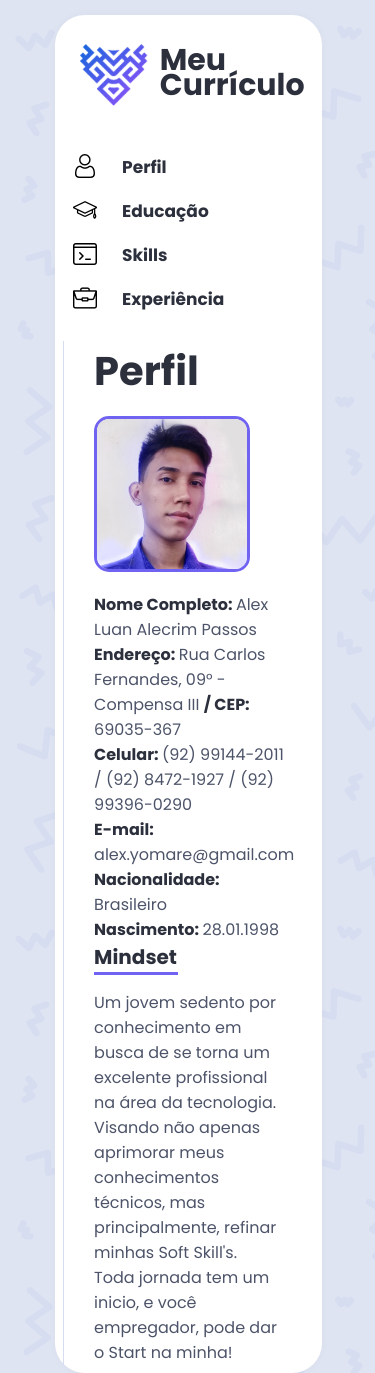
Repository: 4lex-passos/MeuPrimeiroSite
Page: index.html
These files come from the project's save history. The page is drawn as it stood at one moment and after the next save; the edit follows.
The browser window is 375 px wide. The pictures show the whole page.

Above is the page before, as saved 2020-10-02 02:02:35.

### index.html
<!DOCTYPE html>

<html>
  <head lang="pt-br">
    <meta charset="UTF-8">
    <meta name="viewport" content="width=device-width, initial-scale=1.0">
    <link rel="stylesheet" href="css/style.css">
    <link rel="shortcut icon" type="image/png" href="imagens/Owl.png">
    <title>Meu Currículo</title>
  </head>

  <body>
    <div class="conteiner">
      <div class="box">

        <aside class="naveg">
          <header class="logo">
            <img src="imagens/Owl.png"
                 alt="Foto de perfil">
            <h1>Meu<br>Currículo</h1>
          </header>
          <main>
            <nav>
              <ul>
                <li>
                  <img src="imagens/perfil-icon.png">
                  <a href="index.html" class="icon">Perfil</a>
                </li>
                <li>
                  <img src="imagens/education-icon.png">
                  <a href="educacao.html" class="icon">Educação</a>
                </li>
                <li>
                  <img src="imagens/skills-icon.png">
                  <a href="skills.html" class="icon">Skills</a>
                </li>
                <li>
                  <img src="imagens/experiencia-icon.png">
                  <a href="experiencia.html" class="icon">Experiência</a>
                </li>
              </ul>
            </nav>
          </main>
        </aside>

        <aside class="feed">
          <main>
            <h1>Perfil</h1>
            <div class="painel">
              <img  src="imagens/perfil.png"
                    id="myImg"
                    onclick="myFunction()"
                    onmouseout="myFunction2()">
              <div class="info-box">
                <h2>Nome Completo: <span class="info">Alex Luan Alecrim Passos</span></h2>
                <h2>Endereço: <span class="info">Rua Carlos Fernandes, 09° - Compensa III </span>/ CEP: <span class="info">69035-367</span></h2>
                <h2>Celular: <span class="info">(92) 99144-2011 / (92) 8472-1927 / (92) 99396-0290</span></h2>
                <h2>E-mail:<span class="info"> alex.yomare@gmail.com</span></h2>
                <h2>Nacionalidade: <span class="info">Brasileiro</span></h2>
                <h2>Nascimento: <span class="info">28.01.1998</span></h2>
              </div>
            </div>
            <h3>Mindset</h3>
            <p>Um jovem sedento por conhecimento em busca de
              se torna um excelente profissional na área da tecnologia.
              Visando não apenas aprimorar meus conhecimentos técnicos, mas principalmente, refinar minhas Soft Skill's.<br>
              Toda jornada tem um inicio, e você empregador, pode dar o Start na minha! </p>
          </main>
        </aside>

      </div>
    </div>
    <script>
      function myFunction() {
        document.getElementById("myImg").style.height = "100%";
        document.getElementById("myImg").style.width = "100%";
      }
      function myFunction2() {
        document.getElementById("myImg").style.height = "150px";
        document.getElementById("myImg").style.width = "150px";
      }
      </script>
  </body>
</html>

### css/style.css
@import url('https://fonts.googleapis.com/css2?family=Poppins:wght@400;700;900&display=swap');

/*============================
| GERAL*/
html{
  font-size: 62.5%;
  color: #232325;
  font-family: 'Poppins', sans-serif;
}
body{

  background: url("../imagens/pattern2.png");
  box-sizing: border-box;
  font-size: 1.6rem;
  margin: 0;
  padding:0;
  width: 100%;
  height: 100%;
}

/*============================
| ESTILO DA PAGINA TOTAL*/
.conteiner{
  width: 100vw;
  height: 100vh;

  display: grid;
  grid-template-columns: 1fr 1fr 1fr;
  grid-template-rows: 1fr 1fr 1fr;
  grid-template-areas:". . ."
                      ". b ."
                      ". . .";
}
.box{
  display:flex;
  flex-flow: row wrap;
  grid-area: b;

  width: 60vw;
  background: #ffffff;
  border-radius: 30px;
  box-shadow: 0px 0px 10px rgba(0,0,0,.030);
  padding: 3%;
  margin-top: 15px;
}

/*============================
| CONTEINER DO MENU DE NAVEGAÇÃO*/
.naveg{
  display:flex;
  flex-flow: column;
  flex-grow: 1;
  flex-basis: 10vw;
  border-radius: 15px;
  padding: 10px 30px 10px 10px;
}
.naveg header.logo{
  display:flex;
  border-radius: 15px;
  align-items: top;
  padding: 0px;
}
.naveg header.logo img{
  margin-right: 3%;
  width: 80px;
  height: 80px;
}
.naveg header.logo h1{
  line-height: 25px;
  font-size: 3.0rem;
  color: #2c303d;
  margin-top: 1.5rem;
}
main nav ul{
  display: flex;
  flex-flow: column;
  padding:0px;
}
main nav ul li{
  display: flex;
  margin-top: 10px;
  padding: 5px 0px 5px 0px;
  list-style: none;
}
main nav ul li a{
  font-size: 1.7rem;
  text-decoration: none;
  font-weight: bolder;
  width: 100%;
  color: #2c303d;
  margin-left: 2.5rem;
}

main nav ul li a:hover{
  background: -webkit-linear-gradient(top left, #2065DF, #A28AF8);
  background: -moz-linear-gradient(top left, #2065DF, #A28AF8);
  background: linear-gradient(to bottom right, #2065DF, #A28AF8);
  -webkit-background-clip: text;
  -webkit-text-fill-color: transparent;
  font-size: 1.9rem;
  transition-duration: .1s;
}
main nav ul li .icon{
  height: 24px;
}

/*============================
| CONTEINER DO CONTEÚDO*/
.feed{
  margin: 0px;
  display: flex;
  width: 40%;
  padding: 0 30px 0 30px;
  flex-grow: 7;
  border-left: 1px solid #d7ddf1;
}
main{
  width: 100%;
}
.feed main h1{
  margin: 0 0 15px 0;
  font-size: 4.0rem;
  color: #2c303d;
}
p{
  color: #4d5469;
  margin: 0;
}
h6{
  font-size: 2.0rem;
  border-left: 5px solid #7163f1;
  padding-left: 10px;
  margin-bottom: 5px;
}
/*============================
| PERFIL*/
.feed main .painel{
  display: flex;
  flex-flow: row wrap;
  border-radius: 1.5rem;
}

.feed main img{
  width: 15.0rem;
  height: 15.0rem;
  border-radius: 1.5rem;
  margin: 0 2.0rem 2.0rem 0;
}.feed main img#myImg{
  transition-duration:.5s;
  border: 3px solid #7163f1;
}
.feed main h2{
  color:#2c303d;
  font-size: 1.6rem;
  line-height: 2.5rem;
  margin: 0px;
}
.feed main h3{
  margin: 0 0 15px 0;
  width: 8.4rem;
  color:#2c303d;
  font-size: 2.0rem;
  border-bottom: 3px solid #7163f1;
}
.feed main span.info{
  color: #4d5469;
  font-weight: normal;
}

/*============================
| EDUCAÇÃO: ENSINO MÉDIO*/
.feed main .cards{
  width: 100%;
  display: flex;
  flex-flow: wrap row;
  justify-content: space-between;
}
div.en-medio .over{
  display: flex;
  justify-content: center;
  align-items: center;
  position: absolute;
  width: 100%;
  height: 100%;
  background: #ffffff;
  border-radius: 1.5rem;
  transition-duration: .3s;
}
div.en-medio .over:hover{
  opacity: 0%;
  transition-duration: .2s;
}
.feed main .en-medio{
  position: relative;
  display: flex;
  flex-flow: wrap column;
  justify-content: center;
  align-items: center;
  color:#ffffff;
  border-radius: 1.5rem;
  width: 39.0rem;
  height: 400px;
  margin-bottom: 20px;
}

div.en-medio h1{
  line-height: 5.0rem;
  color:rgba(0,0,0,.4);
  background: -webkit-linear-gradient(top left, #2065DF, #A28AF8);
  background: -moz-linear-gradient(top left, #2065DF, #A28AF8);
  background: linear-gradient(to bottom right, #2065DF, #A28AF8);
  -webkit-background-clip: text;
  -webkit-text-fill-color: transparent;
  font-size: 4.5rem;
  text-align: center;
  padding: 10px 0 10px 0;
}
div.en-medio h2{
  margin: 10px 0 10px 0;
  color: #8cbd18;
  font-size: 4.0rem;
  text-align: center;
}
div.en-medio p{
  width: 80%;
  color: #2c303d;
  font-size: 1.5rem;
  text-align: center;
  margin: 0px;
}
div.en-medio h4{
  margin: 0%;
  width: 80%;
  color: #2c303d;
  font-size: 3.5rem;
  text-align: center;
}
div.en-medio h5{
  margin: 0%;
  width: 80%;
  color: #ffffff;
  font-size: 6.5rem;
  text-align: center;
}
/*============================
| EDUCAÇÃO: ENSINO SUPERIOR*/
div.en-superior .over{
  display: flex;
  justify-content: center;
  align-items: center;
  position: absolute;
  width: 100%;
  height: 100%;
background: #ffffff;
  border-radius: 1.5rem;
  transition-duration: .3s;
}
div.en-superior .over:hover{
  opacity: 0%;
  transition-duration: .2s;
}
.feed main .en-superior{
  position: relative;
  display: flex;
  flex-flow: wrap column;
  justify-content: center;
  align-items: center;
  color:#ffffff;
  border-radius: 1.5rem;
  width: 39.0rem;
  height: 400px;
}

div.en-superior h1{
  line-height: 5.0rem;
  color:rgba(0,0,0,.4);
  background: -webkit-linear-gradient(top left, #2065DF, #A28AF8);
  background: -moz-linear-gradient(top left, #2065DF, #A28AF8);
  background: linear-gradient(to bottom right, #2065DF, #A28AF8);
  -webkit-background-clip: text;
  -webkit-text-fill-color: transparent;
  font-size: 4.5rem;
  text-align: center;
  padding: 10px 0 10px 0;
}
div.en-superior h2{
  margin: 10px 0 10px 0;
  color: #f1a71e;
  font-size: 4.0rem;
  text-align: center;
}
div.en-superior p{
  width: 80%;
  color: #2c303d;
  font-size: 1.5rem;
  text-align: center;
  margin: 0px;
}
div.en-superior h4{
  margin: 0%;
  width: 80%;
  color: #2c303d;
  font-size: 2.5rem;
  text-align: center;
}
div.en-superior h5{
  margin: 0%;
  width: 80%;
  color: #ffffff;
  font-size: 6.5rem;
  text-align: center;
}

@media (max-width: 630px) {
 .conteiner .box{
  width: 95%;
  }
}

After the next save:
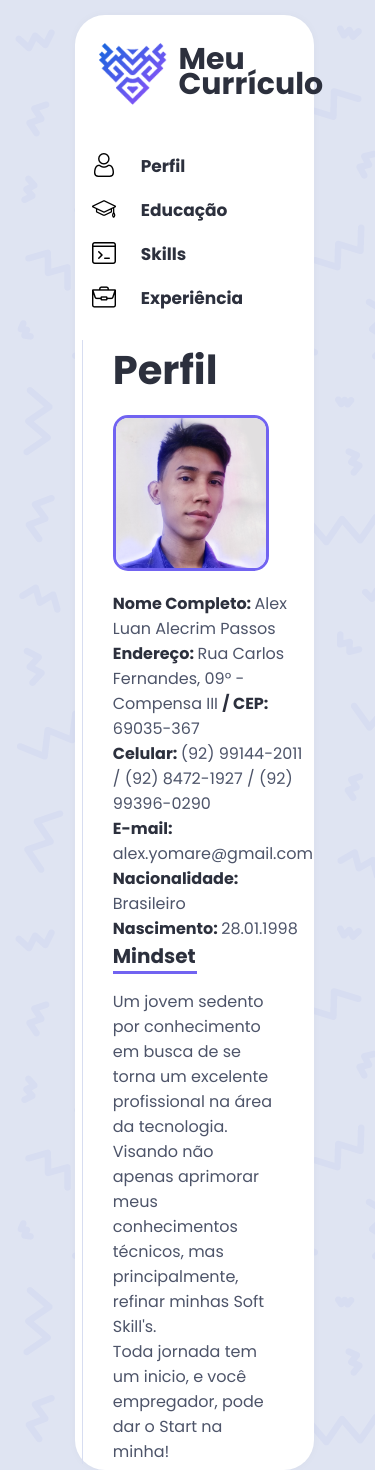
Saved 14 h 21 min later.
--- a/css/style.css
+++ b/css/style.css
@@ -311,7 +311,7 @@ div.en-superior h5{
   text-align: center;
 }
 
-@media (max-width: 630px) {
+@media screen (max-width: 630px) {
  .conteiner .box{
   width: 95%;
   }
